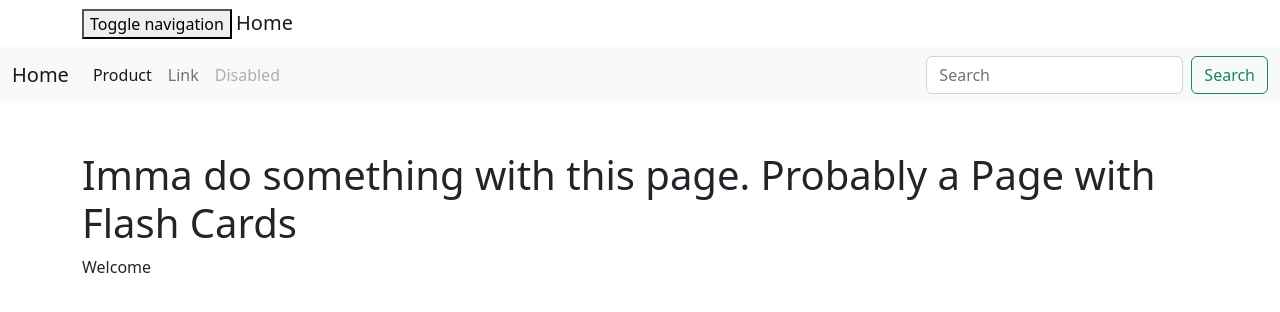
Repository: Junholee369/Junho_Lee_Capstone
Page: http://localhost/index
These files come from the project's save history. The page is drawn as it stood at one moment and after the next save; the edit follows.
The browser window is 1280 px wide. The pictures show the whole page.
The page is this project's Thymeleaf template; nobody is signed in. The template is opened directly, without the code that normally fills it, so the values that code supplies are empty.

Above is the page before, as saved 2022-06-24 16:14:35.

### Inventory_Management_Capstone/src/main/resources/templates/index.html
<!DOCTYPE html>
<html xmlns:th="http://www.thymeleaf.org"
	xmlns:sec="http://www.thymeleaf.org/thymeleaf-extras-springsecurity3">
<head>
<meta charset="ISO-8859-1">
<title>Registration and Login App</title>

<link
	href="https://cdn.jsdelivr.net/npm/bootstrap@5.2.0-beta1/dist/css/bootstrap.min.css"
	rel="stylesheet"
	integrity="sha384-0evHe/X+R7YkIZDRvuzKMRqM+OrBnVFBL6DOitfPri4tjfHxaWutUpFmBp4vmVor"
	crossorigin="anonymous" />

</head>
<body>
	<!-- create navigation bar ( header) -->
	<nav class="navbar navbar-inverse navbar-fixed-top">
		<div class="container">
			<div class="navbar-header">
				<button type="button" class="navbar-toggle collapsed"
					data-toggle="collapse" data-target="#navbar" aria-expanded="false"
					aria-controls="navbar">
					<span class="sr-only">Toggle navigation</span> <span
						class="icon-bar"></span> <span class="icon-bar"></span> <span
						class="icon-bar"></span>
				</button>
				<a class="navbar-brand" href="#" th:href="@{/}">Home</a>
			</div>
			<div id="navbar" class="collapse navbar-collapse">
				<ul class="nav navbar-nav">
					<li sec:authorize="isAuthenticated()"><a th:href="@{/logout}">Logout</a></li>
				</ul>
				<ul class="nav navbar-nav">
					<li sec:authorize="isAuthenticated()"><a
						th:href="@{/products}">products</a></li>
				</ul>
			</div>
		</div>
	</nav>


	<nav class="navbar navbar-expand-lg bg-light">
  <div class="container-fluid">

   <!--Icon on the very left  -->
    <a class="navbar-brand" href="#">Home</a>
    <button class="navbar-toggler" type="button" data-bs-toggle="collapse" data-bs-target="#navbarSupportedContent"
    aria-controls="navbarSupportedContent" aria-expanded="false" aria-label="Toggle navigation">
      <span class="navbar-toggler-icon"></span>
    </button>

    <div class="collapse navbar-collapse" id="navbarSupportedContent">
      <ul class="navbar-nav me-auto mb-2 mb-lg-0">



        <li class="nav-item">
          <a class="nav-link active" aria-current="page" href="#">Product</a>
        </li>

        <li class="nav-item">
          <a class="nav-link" href="#">Link</a>
        </li>

        <li class="nav-item">
          <a class="nav-link disabled">Disabled</a>
        </li>
      </ul>
      <form class="d-flex" role="search">
        <input class="form-control me-2" type="search" placeholder="Search" aria-label="Search">
        <button class="btn btn-outline-success" type="submit">Search</button>
      </form>
    </div>
  </div>
</nav>

	<br>
	<br>

	<div class="container">
		<h1>Imma do something with this page. Probably a Page with Flash
			Cards</h1>
		Welcome <span sec:authentication="principal.username"> User</span>
	</div>

	<script
        src="https://cdn.jsdelivr.net/npm/bootstrap@5.2.0-beta1/dist/js/bootstrap.bundle.min.js"
        integrity="sha384-pprn3073KE6tl6bjs2QrFaJGz5/SUsLqktiwsUTF55Jfv3qYSDhgCecCxMW52nD2"
        crossorigin="anonymous"
></script>
</body>
</html>

After the next save:
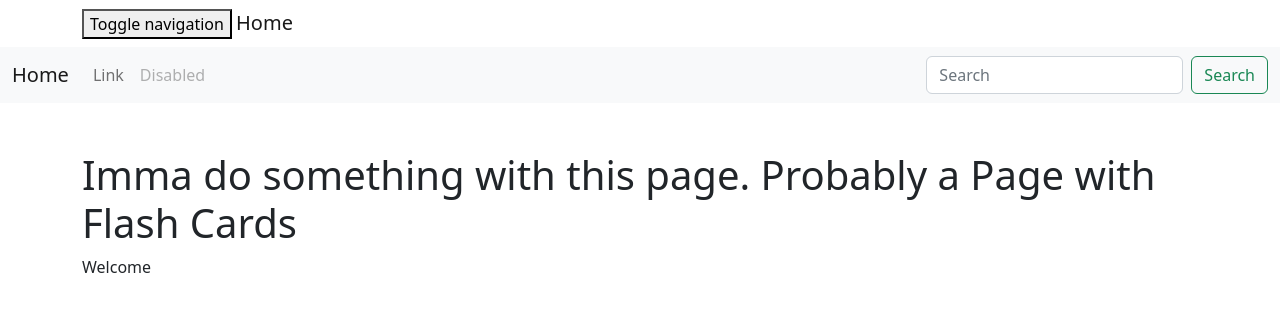
Saved 18 s later.
--- a/Inventory_Management_Capstone/src/main/resources/templates/index.html
+++ b/Inventory_Management_Capstone/src/main/resources/templates/index.html
@@ -54,7 +54,7 @@
 
 
 
-        <li class="nav-item">
+        <li class="nav-item" sec:authorize="isAuthenticated()">
           <a class="nav-link active" aria-current="page" href="#">Product</a>
         </li>
 
